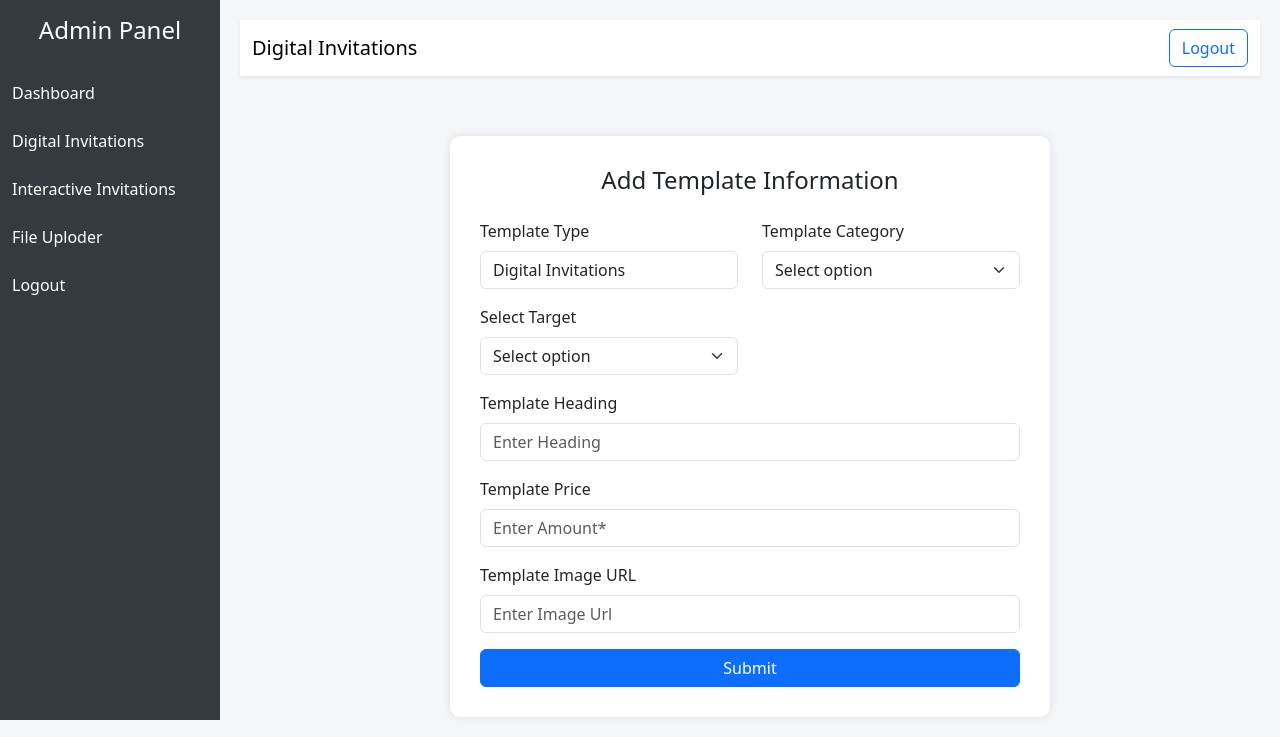
Repository: viraj7551/Flying-Invite-Project
Page: http://localhost/Admin03/digital_invitation.jsp
An editor plug-in stored every save of this project. The page is shown before and after the next save, followed by the edit.
The browser window is 1280 px wide. The pictures show the whole page.
Some web fonts or font styles are not loaded; a fallback is used. The page is served by Tomcat 9. Other server files are loaded and not shown.

Above is the page before, as saved 2026-03-21 09:57:39.

### Admin03/WebContent/digital_invitation.jsp
<%@ page language="java" contentType="text/html; charset=ISO-8859-1"
    pageEncoding="ISO-8859-1"%>
<!DOCTYPE html>
<html lang="en">
<head>
<meta charset="UTF-8">
<meta name="viewport" content="width=device-width, initial-scale=1.0">

<title>Admin Dashboard</title>
<link rel="preconnect" href="https://fonts.googleapis.com">

<link
	href="https://fonts.googleapis.com/css2?family=Grey+Qo&family=Poppins:ital,wght@0,100;0,200;0,300;0,400;0,500;0,600;0,700;0,800;0,900;1,100;1,200;1,300;1,400;1,500;1,600;1,700;1,800;1,900&display=swap"
	rel="stylesheet">

<!-- Bootstrap CSS -->
<link href="https://cdn.jsdelivr.net/npm/bootstrap@5.3.2/dist/css/bootstrap.min.css" rel="stylesheet">

<style>

body{
background:#f4f6f9;
}

/* Sidebar */
.sidebar{
height:100vh;
background:#343a40;
color:white;
position:fixed;
width:220px;
}

.sidebar a{
color:white;
text-decoration:none;
display:block;
padding:12px;
}

.sidebar a:hover{
background:#495057;
}

/* Content */
.content{
margin-left:220px;
padding:20px;
}

/* Cards */
.card-box{
border-radius:10px;
color:white;
padding:20px;
}

.bg-blue{background:#0d6efd;}
.bg-green{background:#198754;}
.bg-orange{background:#fd7e14;}
.bg-red{background:#dc3545;}

.form-container{
max-width:600px;
margin:auto;
margin-top:60px;
padding:30px;
background:white;
border-radius:10px;
box-shadow:0 0 10px rgba(0,0,0,0.1);
}



/* Mobile */
@media(max-width:768px){

.sidebar{
position:relative;
width:100%;
height:auto;
}

.content{
margin-left:0;
}

}
</style>


</head>

<body>

<div class="sidebar">

<h4 class="text-center py-3">Admin Panel</h4>

<a href="dashboard.jsp">Dashboard</a>
<a href="#">Digital Invitations</a>
<a href="#">Interactive Invitations</a>
<a href="file_uploader.jsp">File Uploder</a>
<a href="administrator.jsp">Logout</a>

</div>


<div class="content">

<!-- Navbar -->

<nav class="navbar navbar-light bg-white shadow-sm mb-4">
<div class="container-fluid">

<span class="navbar-brand">Digital Invitations</span>

<a href="administrator.jsp" class="btn btn-outline-primary">Logout</a>

</div>
</nav>



 <!-- ----------------- Form starts here -->

<div class="container">

<div class="form-container">

<h4 class="mb-4 text-center">Add Template Information</h4>

<form method="POST" action="/Invitations">

<div class="row">

<div class="col-md-6 mb-3">
<label class="form-label">Template Type</label>
<input type="text" class="form-control" placeholder="Enter first name" name="template_type_selector"  value = "Digital Invitations" readonly>
</div>

<div class="col-md-6 mb-3">
<label class="form-label">Template Category</label>
<select class="form-select" name="template_category_selector">
<option selected>Select option</option>
<option value="1">Greetings</option>
<option value="2">Invitation</option>
</select>
</div>
</div>



<div class="row">
<div class="col-md-6 mb-3">
<label class="form-label">Select Target</label>
<select id ="first_drop_down" class="form-select" onchange = "festivalFilter()" name="target_selector">
<option selected>Select option</option>
<option value="1">Wedding</option>
<option value="2">Baby Shower</option>
<option value="3">Birthday</option>
<option value="4">Anniversary</option>
<option value="5">Festival</option>
</select>
</div>

<div class="col-md-6 mb-3" id="second_drop_down" style="display:none";>
<label class="form-label">Select Festival</label>
<select class="form-select" name="festival_selector">
<option selected>Select option</option>
<option value="1">Makar Sankranti</option>
<option value="2">Holi</option>
<option value="3">Eid-ul-Fitr</option>
<option value="4">Gudi Padwa</option>
<option value="5">Ram Navami</option>
<option value="6">Easter</option>
<option value="7">Independence Day</option>
<option value="8">Raksha Bandhan</option>
<option value="9">Janmashtami</option>
<option value="10">Ganesh Chaturthi</option>
<option value="11">Dussehra</option>
<option value="12">Diwali</option>
</select>
</div>
</div>


<div class="mb-3">
<label class="form-label">Template Heading</label>
<input type="email" class="form-control" placeholder="Enter Heading" name="template_heading">
</div>


<div class="mb-3">
<label class="form-label">Template Price</label>
<input type="email" class="form-control" placeholder="Enter Amount*" name="total_amount">
</div>



<div class="mb-3">
<label class="form-label">Template Image URL</label>
<input type="email" class="form-control" placeholder="Enter Image Url" name="template_image">
</div>

<div class="d-grid">
<button type="submit" class="btn btn-primary">
Submit
</button>
</div>

</form>

</div>

</div>

 <!-- ------------------ Form ends here -->

</div>

<script>

   function festivalFilter(){
	   let firstValue = document.getElementById("first_drop_down").value;
	   if(firstValue === "5"){
		   document.getElementById("second_drop_down").style.display="block";
	   }else{
		   document.getElementById("second_drop_down").style.display="none";
	   }
   }

</script>

<script src="https://cdn.jsdelivr.net/npm/bootstrap@5.3.2/dist/js/bootstrap.bundle.min.js"></script>
</body>
</html>

After the next save:
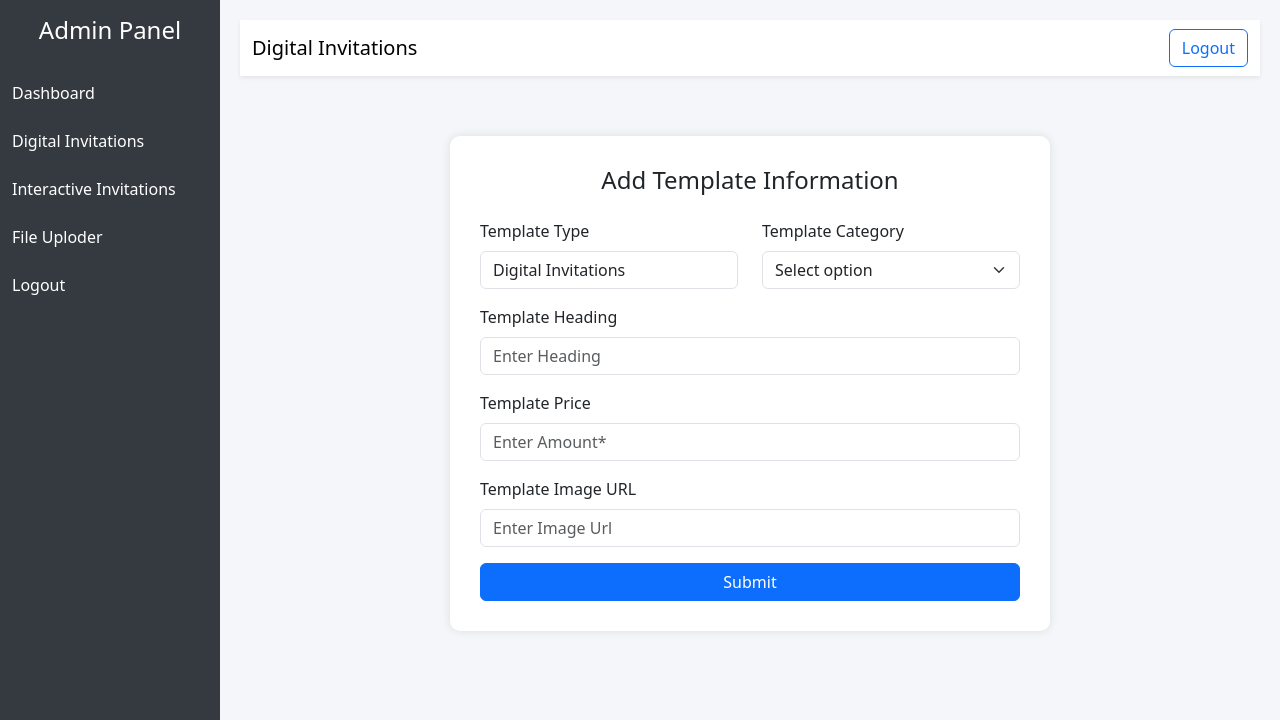
Saved 4 min 24 s later.
--- a/Admin03/WebContent/digital_invitation.jsp
+++ b/Admin03/WebContent/digital_invitation.jsp
@@ -149,42 +149,6 @@ margin-left:0;
 </div>
 </div>
 
-
-
-<div class="row">
-<div class="col-md-6 mb-3">
-<label class="form-label">Select Target</label>
-<select id ="first_drop_down" class="form-select" onchange = "festivalFilter()" name="target_selector">
-<option selected>Select option</option>
-<option value="1">Wedding</option>
-<option value="2">Baby Shower</option>
-<option value="3">Birthday</option>
-<option value="4">Anniversary</option>
-<option value="5">Festival</option>
-</select>
-</div>
-
-<div class="col-md-6 mb-3" id="second_drop_down" style="display:none";>
-<label class="form-label">Select Festival</label>
-<select class="form-select" name="festival_selector">
-<option selected>Select option</option>
-<option value="1">Makar Sankranti</option>
-<option value="2">Holi</option>
-<option value="3">Eid-ul-Fitr</option>
-<option value="4">Gudi Padwa</option>
-<option value="5">Ram Navami</option>
-<option value="6">Easter</option>
-<option value="7">Independence Day</option>
-<option value="8">Raksha Bandhan</option>
-<option value="9">Janmashtami</option>
-<option value="10">Ganesh Chaturthi</option>
-<option value="11">Dussehra</option>
-<option value="12">Diwali</option>
-</select>
-</div>
-</div>
-
-
 <div class="mb-3">
 <label class="form-label">Template Heading</label>
 <input type="email" class="form-control" placeholder="Enter Heading" name="template_heading">
